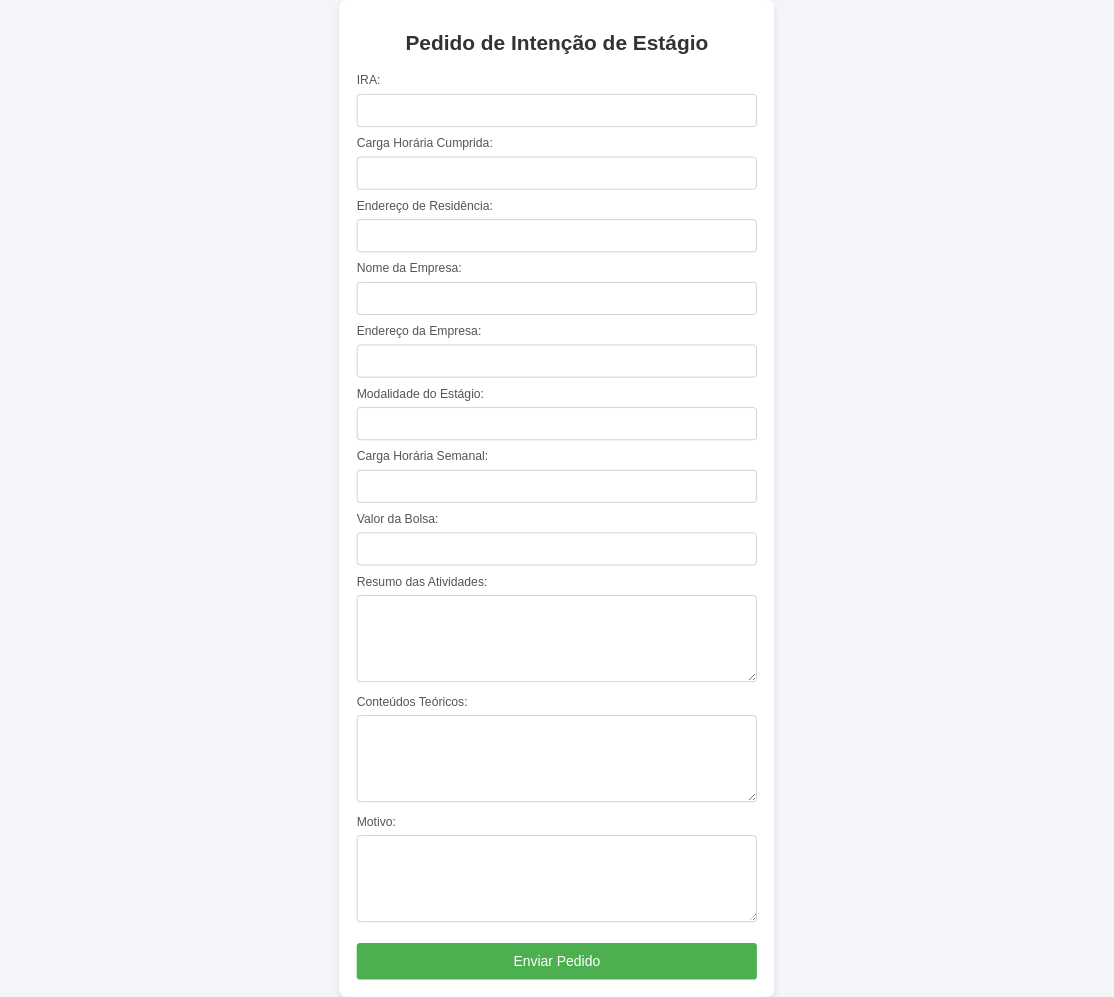
Repository: CronosUchoa/ArqSoft
Page: http://localhost/PedidoIntencaoNovoEstagioRDG/WEB-INF/JSPS/index.jsp
An editor plug-in stored every save of this project. The page is shown before and after the next save, followed by the edit.
The browser window is 1280 px wide. The pictures show the whole page, at 87% of full size.
The page is served by Tomcat 9. Nobody is signed in. The template is opened directly, without the code that normally fills it, so the values that code supplies are empty.

Above is the page before, as saved 2024-11-26 06:30:57.

After the next save:
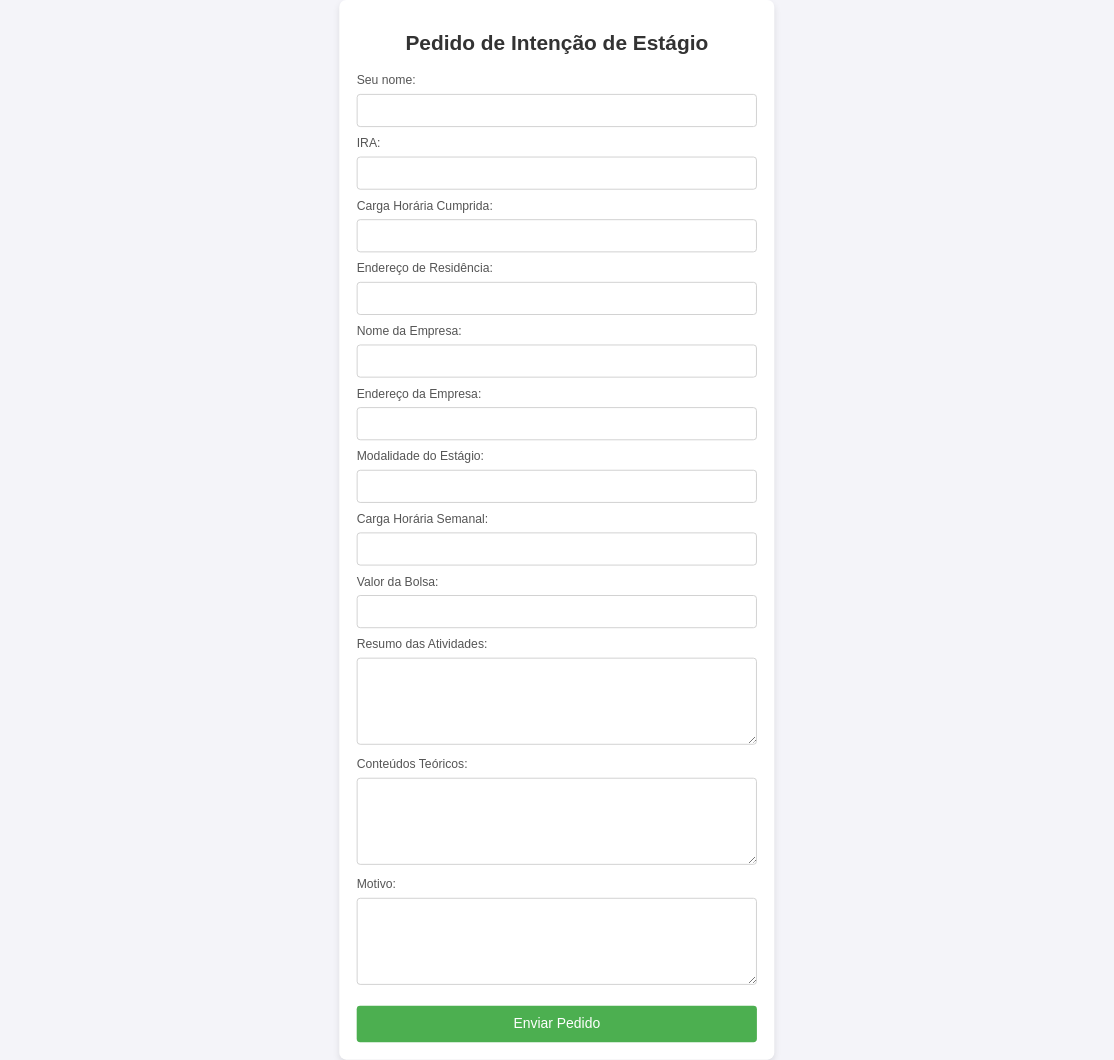
Saved 3 min 47 s later.
--- a/PedidoIntencaoNovoEstagioRDG/src/main/webapp/WEB-INF/JSPS/index.jsp
+++ b/PedidoIntencaoNovoEstagioRDG/src/main/webapp/WEB-INF/JSPS/index.jsp
@@ -66,6 +66,9 @@
         <h1>Pedido de Intenção de Estágio</h1>
         <input type="hidden" name="action" value="criarPedidoIntencao">
 
+        <label for="usuario">Seu nome:</label>
+        <input type="text" name="usuario" id="usuario" required><br>
+
         <label for="ira">IRA:</label>
         <input type="text" name="ira" id="ira" required><br>
 
